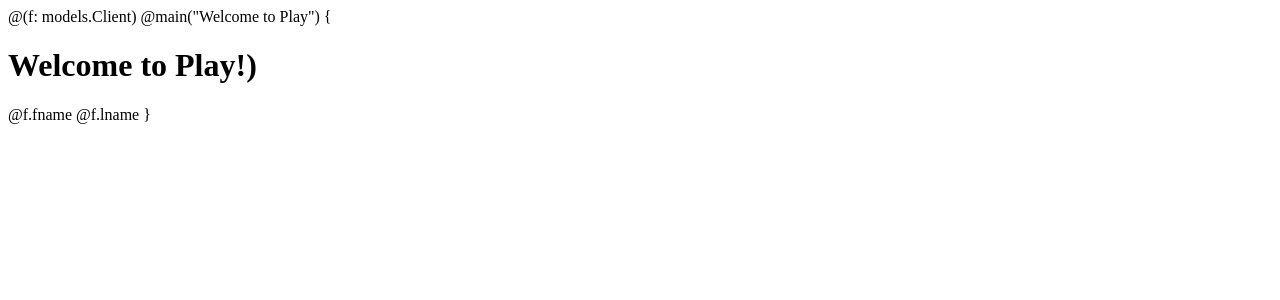
Repository: fkargar/VCASoft
Page: iautoshop/app/views/client.scala.html
These files come from the project's save history. The page is drawn as it stood at one moment and after the next save; the edit follows.
The browser window is 1280 px wide. The pictures show the whole page.

Above is the page before, as saved 2017-12-15 11:54:54.

After the next save:
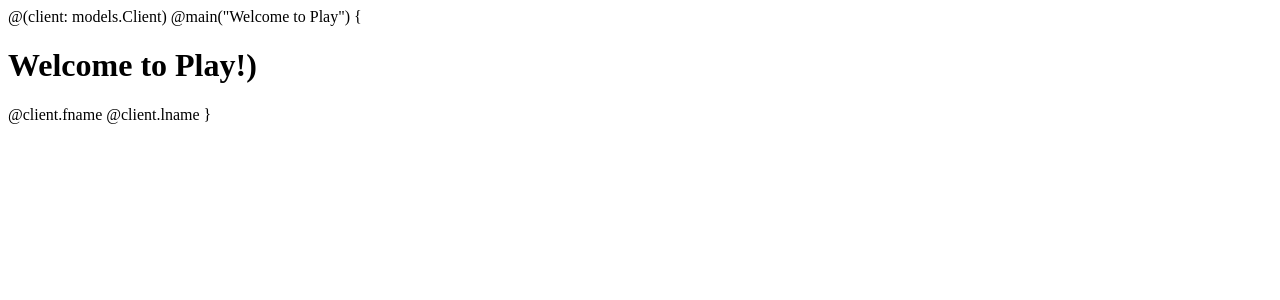
Saved 5 min 34 s later.
--- a/iautoshop/app/views/client.scala.html
+++ b/iautoshop/app/views/client.scala.html
@@ -1,7 +1,7 @@
-@(f: models.Client)
+@(client: models.Client)
 
 @main("Welcome to Play") {
   <h1>Welcome to Play!)</h1>
-  @f.fname
-  @f.lname
+  @client.fname
+  @client.lname
 }
